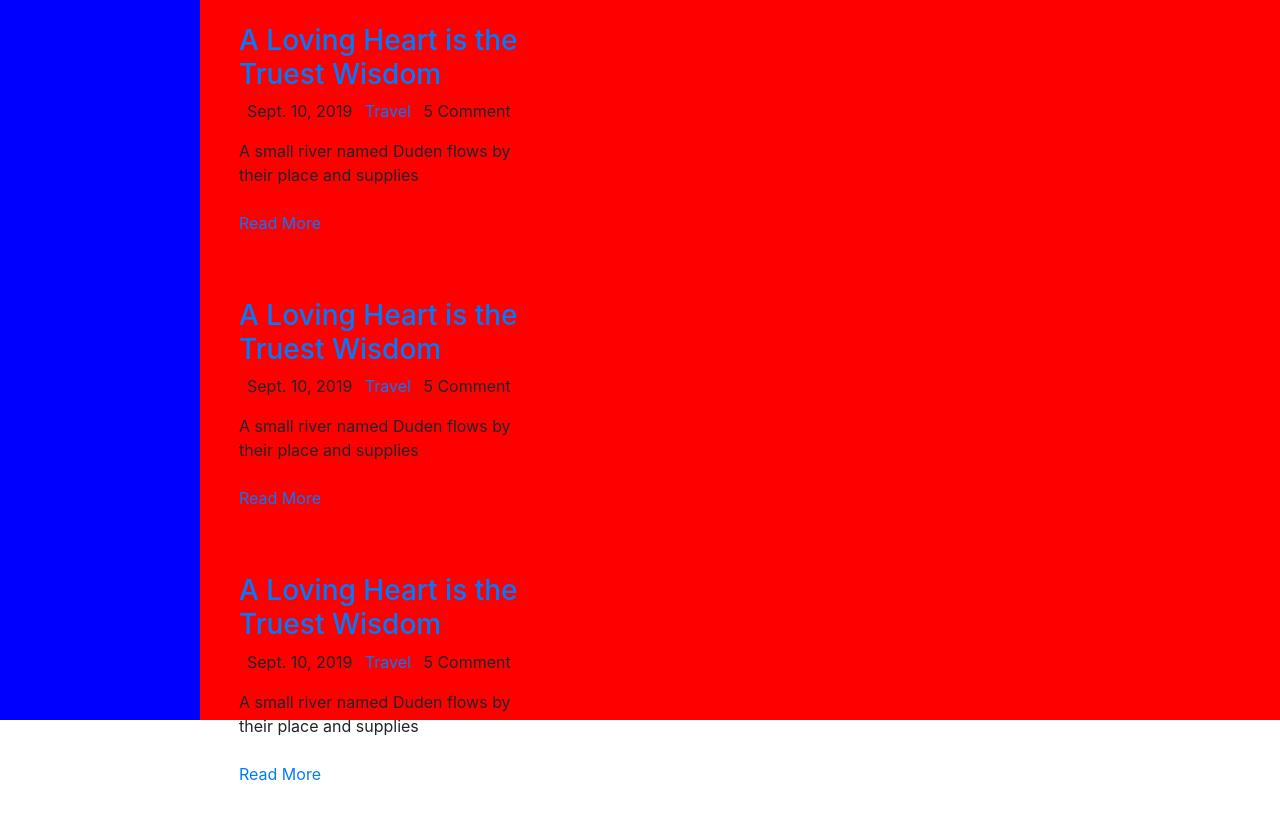
Repository: tts2610/GoogleNews
Page: index.html
These files come from the project's save history. The page is drawn as it stood at one moment and after the next save; the edit follows.
The browser window is 1280 px wide. The pictures show the whole page.
Pictures or frames that could not be fetched are drawn as grey boxes. The page's requests for data from a server got no answer. An inner scrolling area shows only its first screen.

Above is the page before, as saved 2020-05-20 13:30:36.

After the next save:
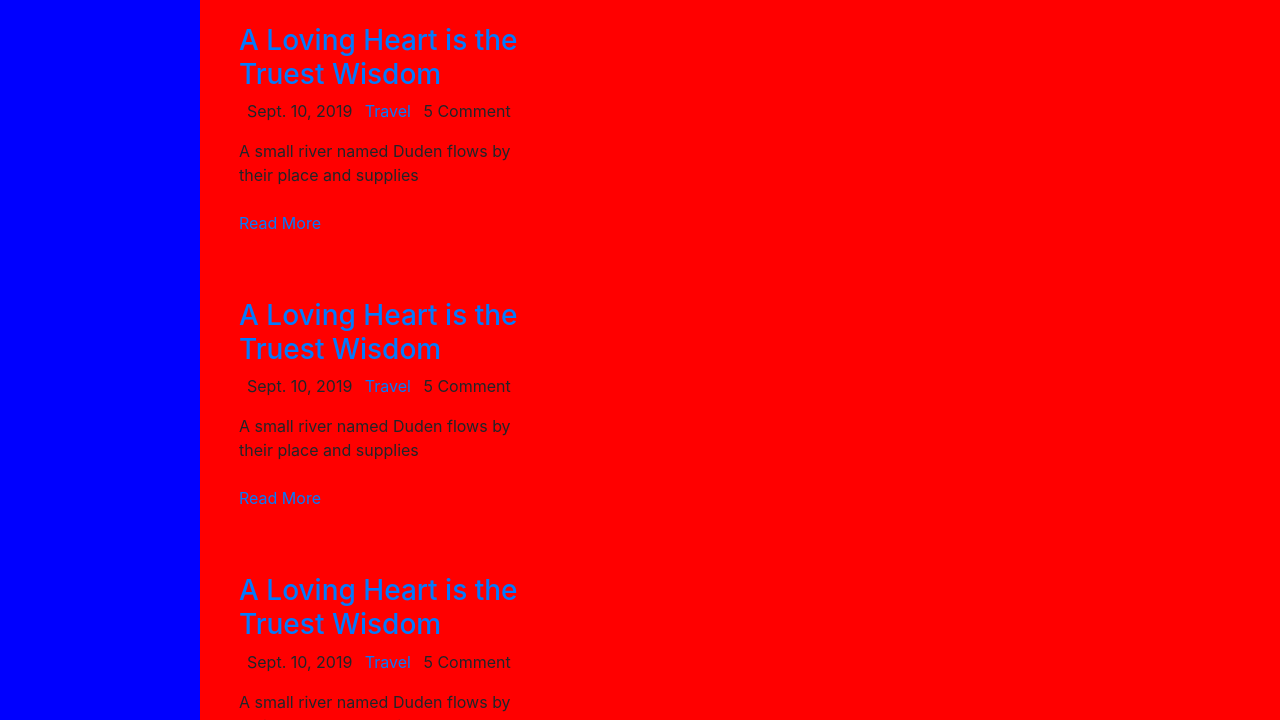
Saved 29 s later.
--- a/css/style.css
+++ b/css/style.css
@@ -21,4 +21,5 @@ body {
     float: right;
     position: relative;
     background-color: red;
+    overflow-y: scroll;
 }
